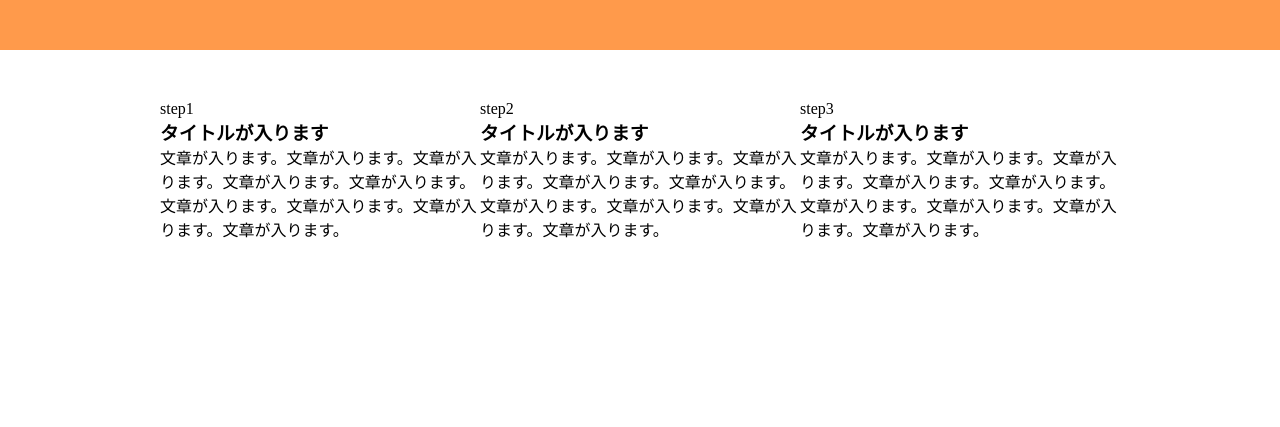
Repository: takuto27/ouyou
Page: chapter9-2_exercise/ensyu9-2.html
The author's editor kept a record of every edit. The page is drawn from the files as they stood at one moment, then again after the next edit.
The browser window is 1280 px wide. The pictures show the whole page.

Above is the page before.

### chapter9-2_exercise/ensyu9-2.html
<!DOCTYPE html>
<html lang="ja">
  <head>
    <meta charset="UTF-8" />
    <link rel=stylesheet href="ensyu9-2.css" />
    <title>演習９－２</title>
  </head>

  <body>
    <header></header>

    <main>
      <div class="step.box">
        <div class="step-image1"></div>
        <span class="step-num">step1</span>
        <h3 class="title">タイトルが入ります</h3>
        <p class="text">文章が入ります。文章が入ります。文章が入ります。文章が入ります。文章が入ります。文章が入ります。文章が入ります。文章が入ります。文章が入ります。</p>
      </div>
      <div class="step.box">
        <div class="step-image2"></div>
        <span class="step-num">step2</span>
        <h3 class="title">タイトルが入ります</h3>
        <p class="text">文章が入ります。文章が入ります。文章が入ります。文章が入ります。文章が入ります。文章が入ります。文章が入ります。文章が入ります。文章が入ります。</p>
      </div>
      <div class="step.box">
        <div class="step-image3"></div>
        <span class="step-num">step3</span>
        <h3 class="title">タイトルが入ります</h3>
        <p class="text">文章が入ります。文章が入ります。文章が入ります。文章が入ります。文章が入ります。文章が入ります。文章が入ります。文章が入ります。文章が入ります。</p>
      </div>
    </main>
    <footer></footer>
  </body>
</html>

### chapter9-2_exercise/ensyu9-2.css
* {
  margin: 0;
  padding: 0;
  box-sizing: border-box;
}
header {
  width: 100%;
  height: 50px;
  background-color: #FF9A4B;
}
main {
  width: 960px;
  display: flex;
  justify-content: center;
  margin: 0 auto;
  padding: 50px 0;
}
.box {
  width: 300px;
  margin-right: 30px;
  padding: 10px;
   position: relative;
  background-color: #eeeeee;
}
.step-img1 {
  height: 150px;
  background-image: url(img/flow01.png);
  background-position: bottom;
  background-size: cover;
}

After the next edit:
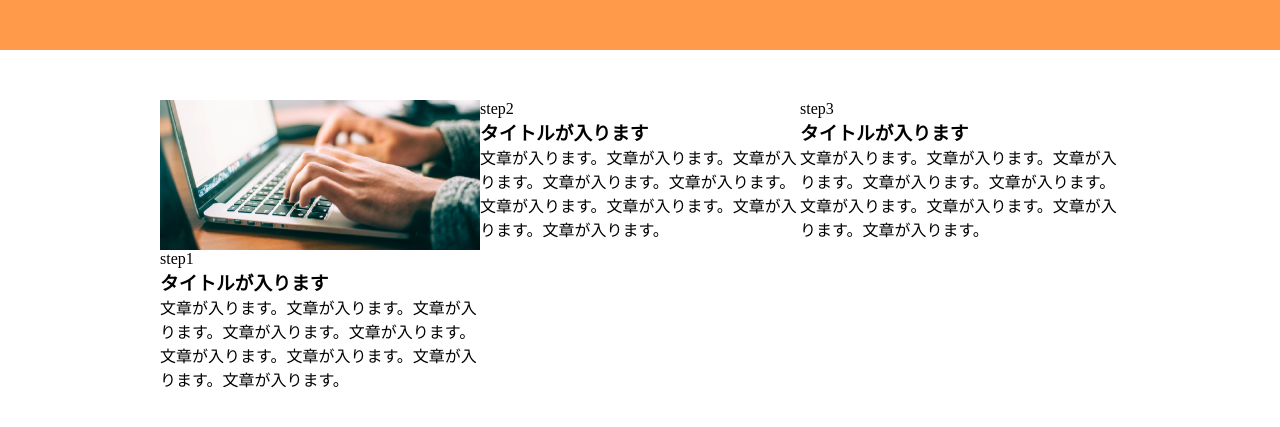
The edit:
--- a/chapter9-2_exercise/ensyu9-2.html
+++ b/chapter9-2_exercise/ensyu9-2.html
@@ -11,7 +11,7 @@
 
     <main>
       <div class="step.box">
-        <div class="step-image1"></div>
+        <div class="step-img1"></div>
         <span class="step-num">step1</span>
         <h3 class="title">タイトルが入ります</h3>
         <p class="text">文章が入ります。文章が入ります。文章が入ります。文章が入ります。文章が入ります。文章が入ります。文章が入ります。文章が入ります。文章が入ります。</p>
